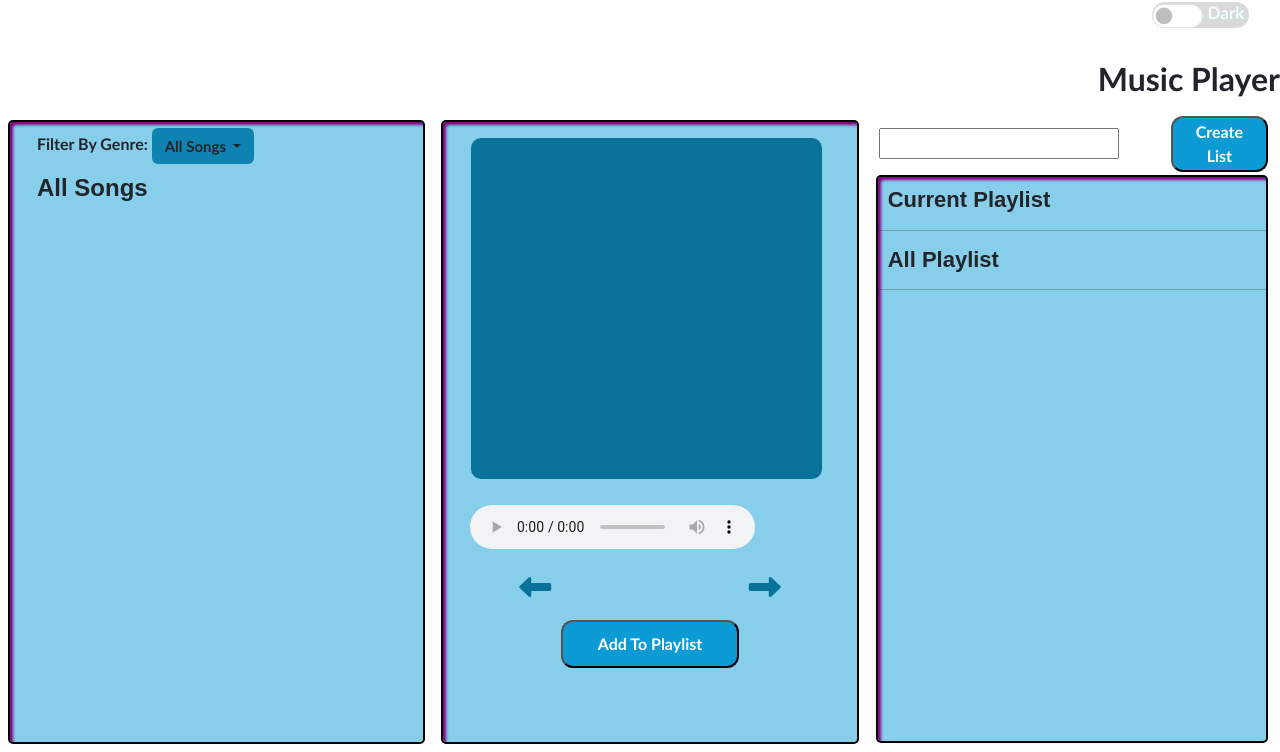
Repository: ssaddamhuss100/MusicPlayer_Project
Page: index.html
An editor plug-in stored every save of this project. The page is shown before and after a run of saves, followed by the edit.
The browser window is 1280 px wide. The pictures show the whole page.
Some web libraries are served in a nearby version.

Above is the page before, as saved 2024-10-30 17:24:38.
Not found: script.js

After the next 2 saves:
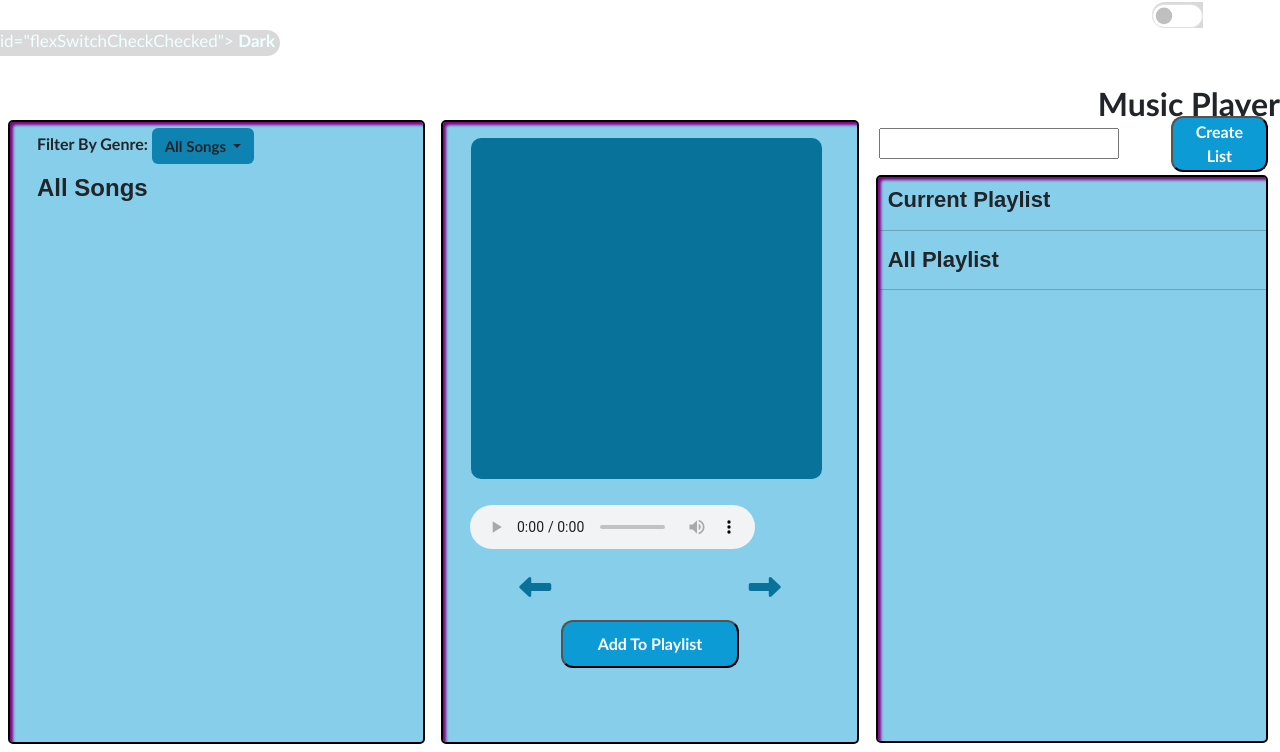
The 2 saves are shown as one change because they came seconds apart.
The last was saved 23 s later.
--- a/index.html
+++ b/index.html
@@ -14,7 +14,7 @@
 <body>
     <header class="heading">
         <section id="toggle" class="form-switch btntoggle">
-            <input id="toggleswitch" class="form-check-input" style="width: 4%; height: 21%;" type="checkbox" role="switch"
+            <input id="toggleswitch" class="form-check-input" style="width: 4%; height: 21%;" type="checkbox" role="switch"/>
                 id="flexSwitchCheckChecked">
             <label id="toggleswitchLbl" class="form-check-label" for="flexSwitchCheckChecked">Dark</label>
         </section>

After the save that followed:
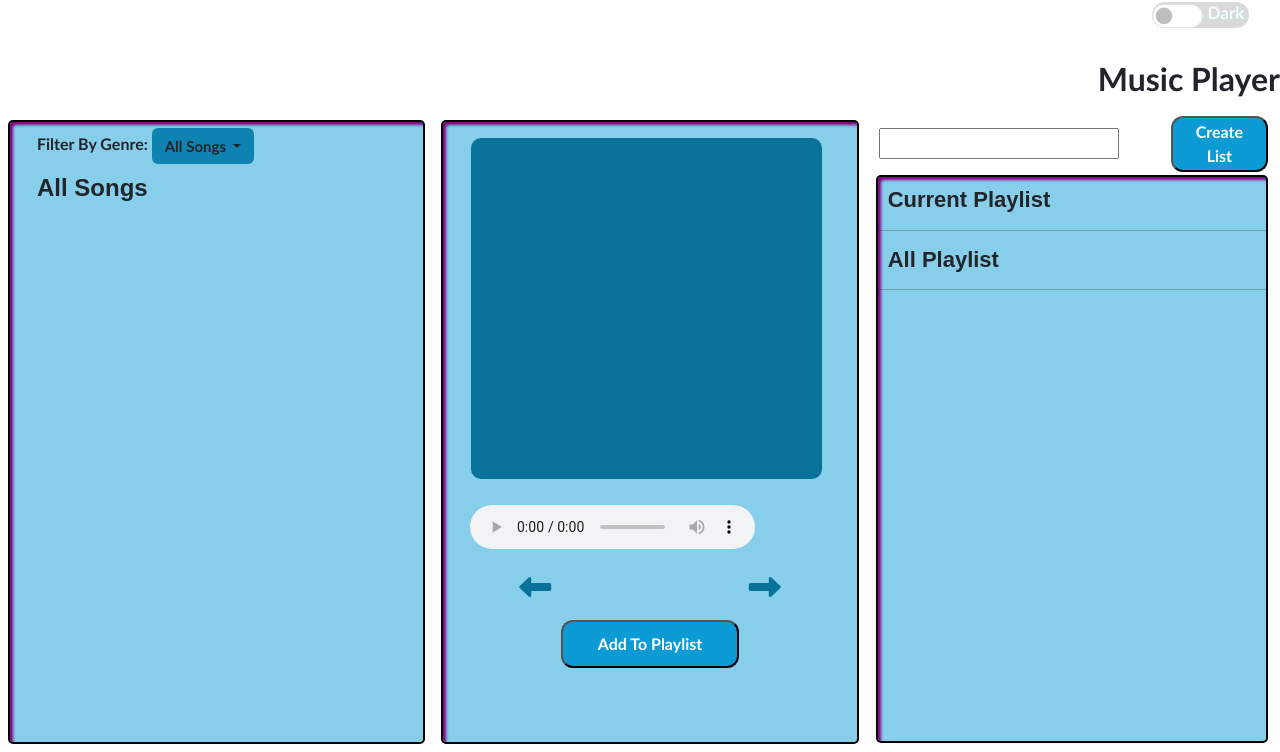
Saved 8 s later.
--- a/index.html
+++ b/index.html
@@ -14,7 +14,7 @@
 <body>
     <header class="heading">
         <section id="toggle" class="form-switch btntoggle">
-            <input id="toggleswitch" class="form-check-input" style="width: 4%; height: 21%;" type="checkbox" role="switch"/>
+            <input id="toggleswitch" class="form-check-input" style="width: 4%; height: 21%;" type="checkbox" role="switch"
                 id="flexSwitchCheckChecked">
             <label id="toggleswitchLbl" class="form-check-label" for="flexSwitchCheckChecked">Dark</label>
         </section>
